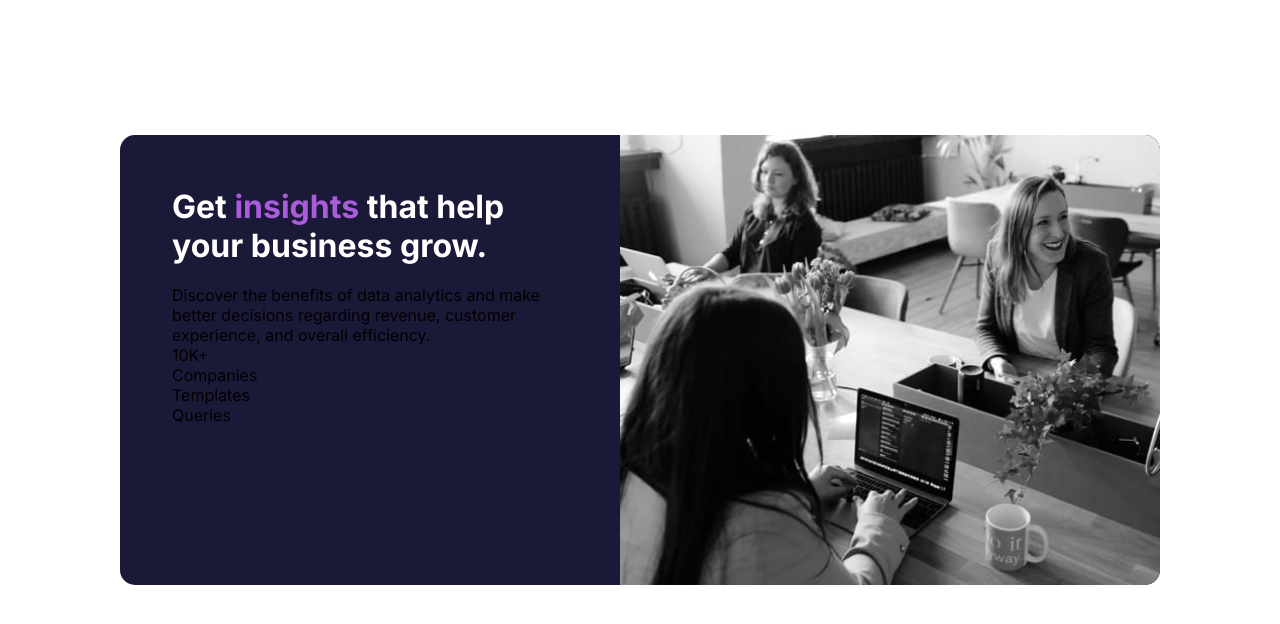
Repository: keisewarsame/stats-preview-frontendmentor
Page: index.html
These files come from the project's save history. The page is drawn as it stood at one moment and after a run of saves; the edit follows.
The browser window is 1280 px wide. The pictures show the whole page.

Above is the page before, as saved 2022-07-12 12:56:56.

After the next 3 saves:
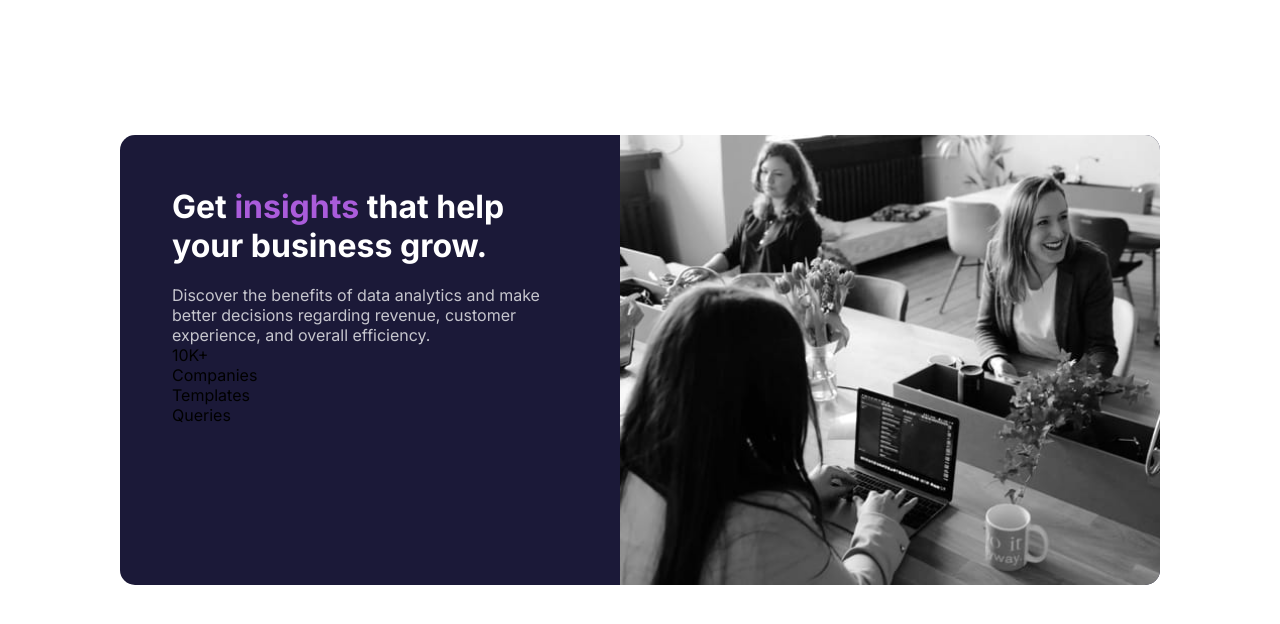
The 3 saves are shown as one change because they came seconds apart.
The last was saved 13 s later.
--- a/styles.css
+++ b/styles.css
@@ -38,7 +38,7 @@ body {
 }
 
 .subtitle {
-    color: ;
+    color: hsla(0, 0%, 100%, 0.75);
 }
 
 
